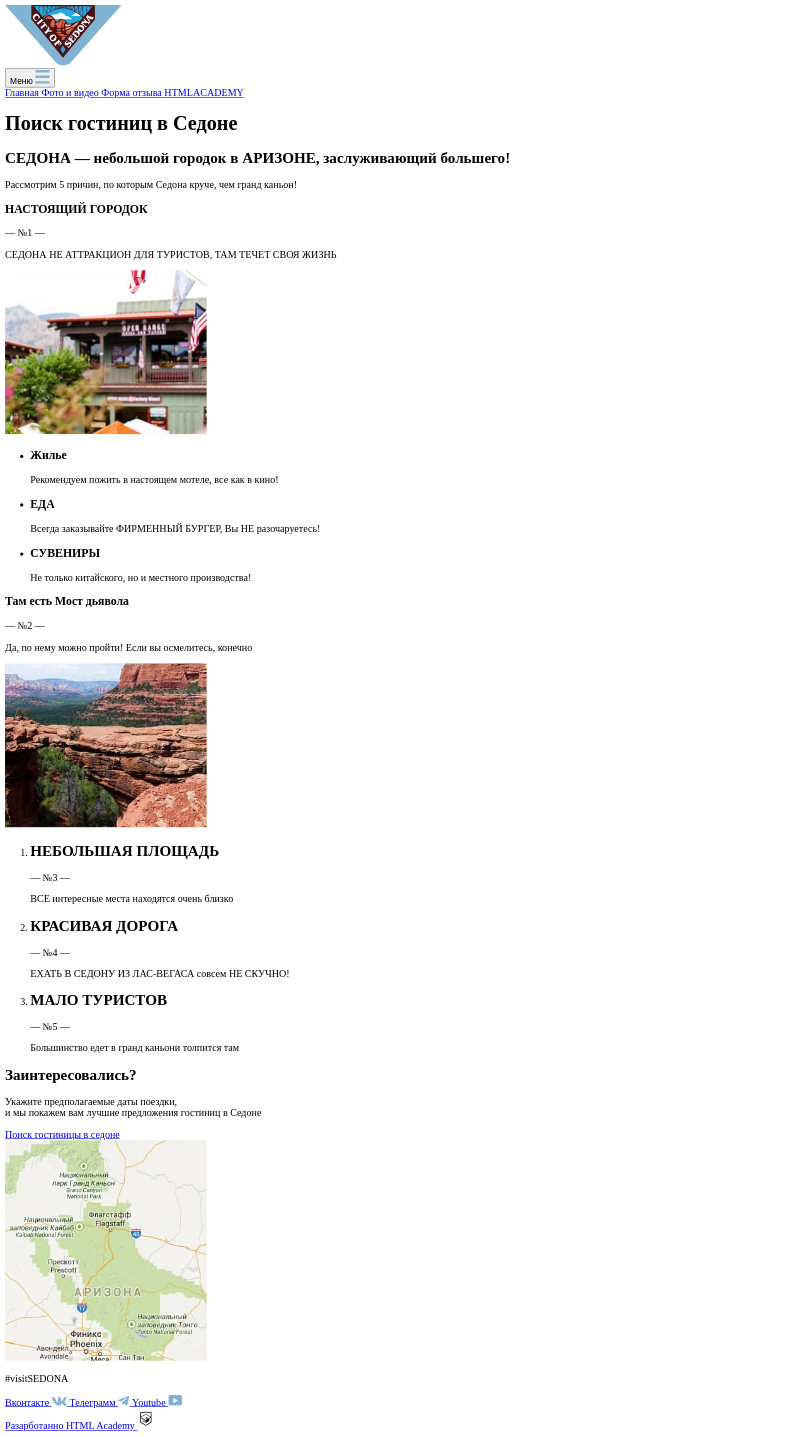
Repository: iKrekus/2149661-sedona-27
Page: source/index.html
An editor plug-in stored every save of this project. The page is shown before and after the next save, followed by the edit.
The browser window is 1280 px wide. The pictures show the whole page, at 63% of full size.

Above is the page before, as saved 2022-12-02 19:32:05.

After the next save:
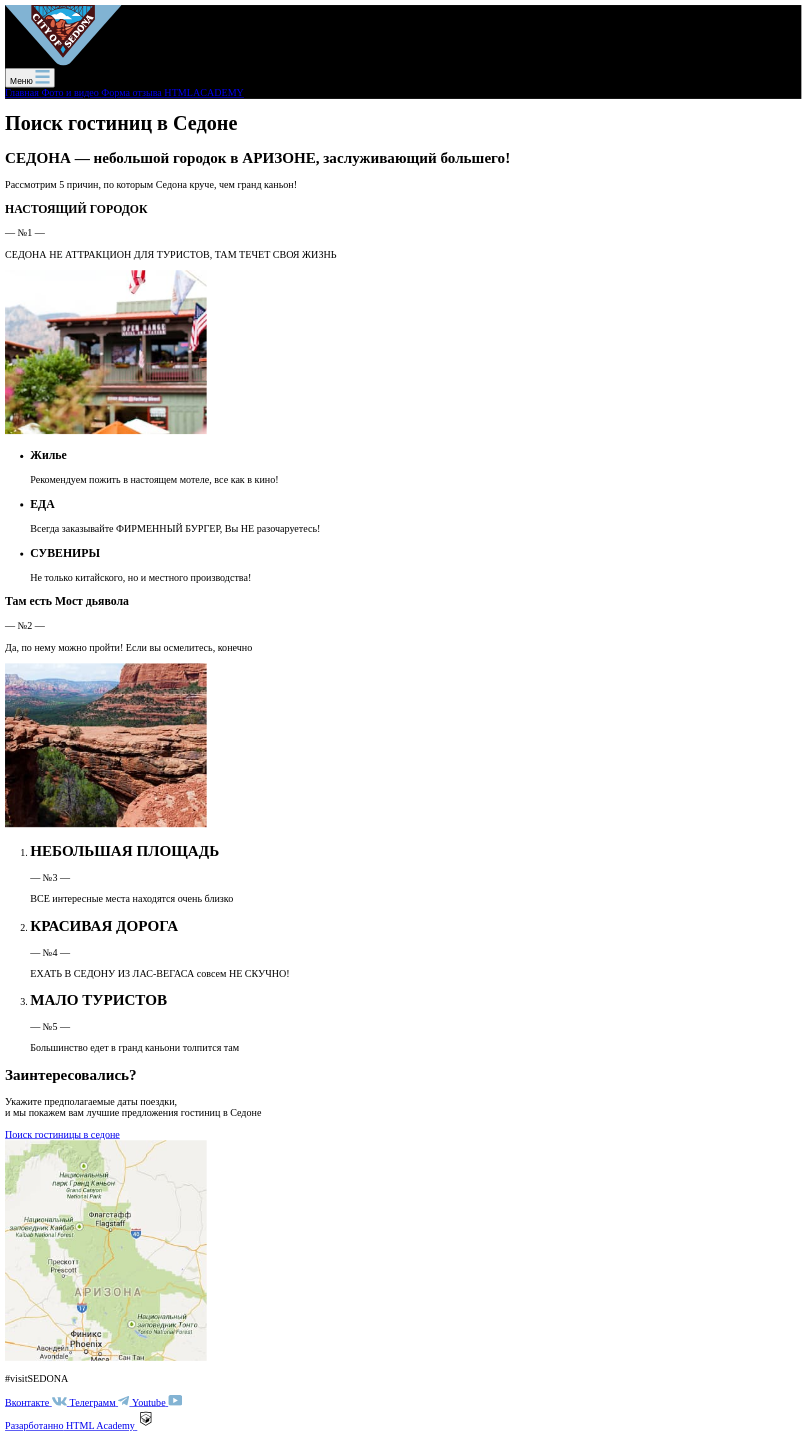
Saved 72 s later.
--- a/source/index.html
+++ b/source/index.html
@@ -2,6 +2,7 @@
 <html class="page" lang="ru">
   <head>
     <meta charset="utf-8">
+    <link rel="stylesheet" href="css/style.css">
     <title>HTML Academy: Седона</title>
   </head>
 <body class="page__body">
